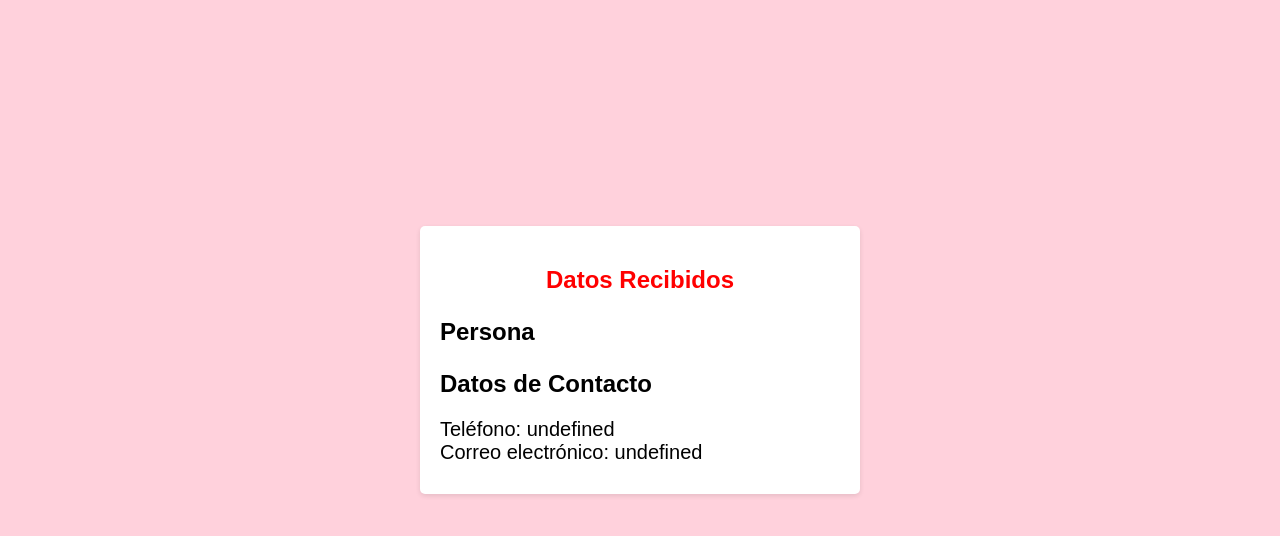
Repository: UVMCoyoacan/InnovaWeb
Page: recibedatosCV.html
These files come from the project's save history. The page is drawn as it stood at one moment and after the next save; the edit follows.
The browser window is 1280 px wide. The pictures show the whole page.

Above is the page before, as saved 2024-03-01 12:04:40.

### recibedatosCV.html
<!DOCTYPE html>
<html>
<head>
    <title>Recibe Datos</title>
    <style>
        body {
            font-family: Arial, Helvetica ;
            background-color: #ffd1dc;
            margin: 0;
            padding: 0;
            display: flex;
            justify-content: center;
            align-items: center;
            height: 100vh;
        }
        .container {
            width: 400px;
            padding: 20px;
            background-color: #fff;
            border-radius: 5px;
            box-shadow: 0 2px 5px rgba(0, 0, 0, 0.1);
        }
        h2 {
            margin-bottom: 20px;
            text-align: center;
            color: red;
        }
        h3 {
            font-size: 1.5em;
            color:black;
            margin-bottom: 10px;
        }
        p {
            margin-bottom: 10px;
        }
        .dato {
            font-style:inherit;
            color: black;
            font-size: 20px;
        }
    </style>
</head>
<body>
    <div class="container">
        <h2>Datos Recibidos</h2>

        <h3>Persona</h3>
        <p class="dato" id="Persona"></p>

        <h3>Datos de Contacto</h3>
        <p class="dato" id="Detalles"></p>
    </div>

    <script>
        function getUrlVars() {
            var vars = {};
            var parts = window.location.href.replace(/[?&]+([^=&]+)=([^&]*)/gi, function (m, key, value) {
                vars[key] = decodeURIComponent(value.replace(/\+/g, ' '));
            });
            return vars;
        }

        var params = getUrlVars();
        var nombre = params["nombre"];
        var telefono = params["telefono"];
        var correo = params["email"];

        var nomper = document.getElementById("Persona");
        var datPers = document.getElementById("Detalles");
        nomper.textContent = nombre;
        datPers.innerHTML = "Teléfono: " + telefono + "<br>Correo electrónico: " + correo;
    </script>
</body>
</html>

After the next save:
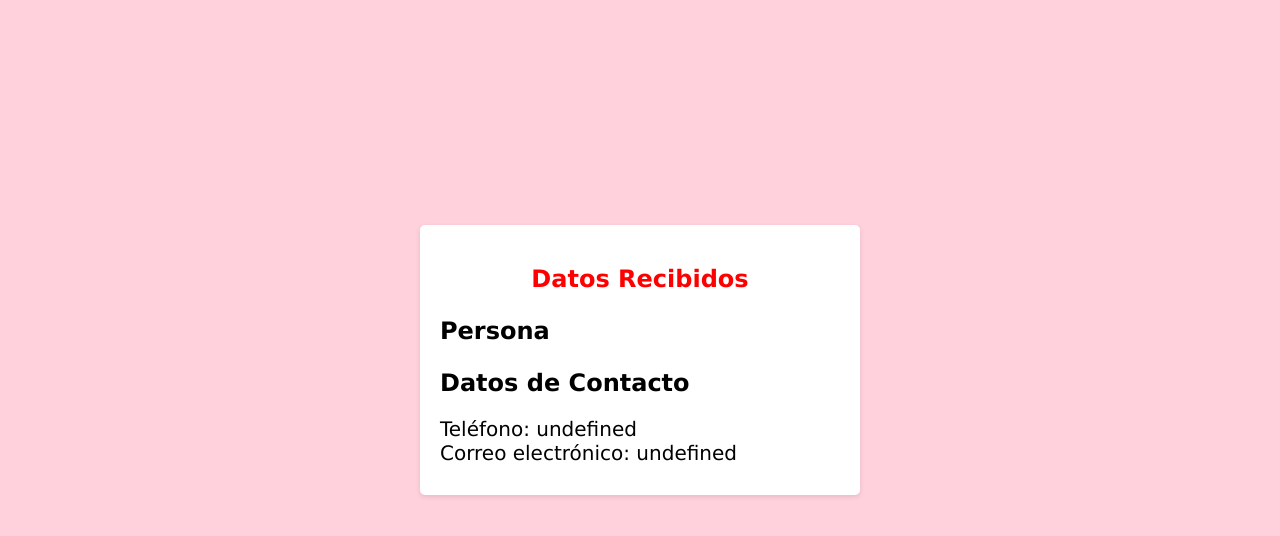
Saved 36 s later.
--- a/recibedatosCV.html
+++ b/recibedatosCV.html
@@ -4,7 +4,7 @@
     <title>Recibe Datos</title>
     <style>
         body {
-            font-family: Arial, Helvetica ;
+            font-family:'Lucida Sans', 'Lucida Sans Regular', 'Lucida Grande', 'Lucida Sans Unicode', Geneva, Verdana, sans-serif ;
             background-color: #ffd1dc;
             margin: 0;
             padding: 0;
